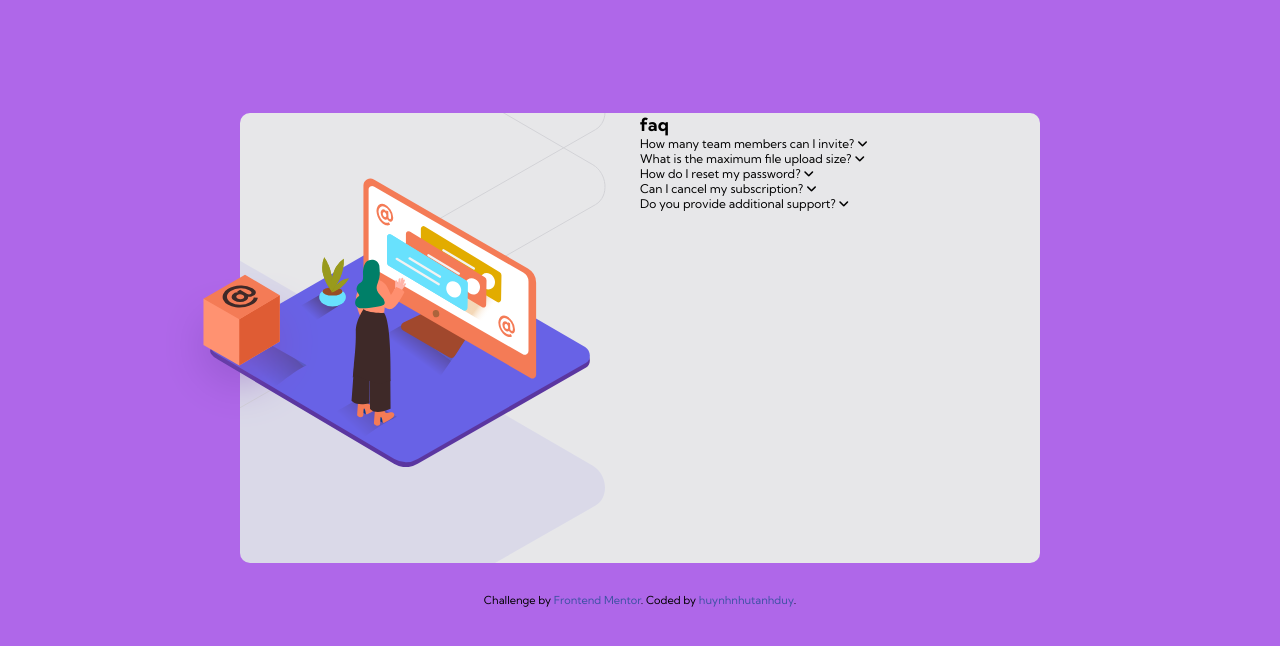
Repository: huynhnhutanhduy/faq-accordion-card
Page: index.html
An editor plug-in stored every save of this project. The page is shown before and after a run of saves, followed by the edit.
The browser window is 1280 px wide. The pictures show the whole page.

Above is the page before, as saved 2022-10-20 13:53:29.

After the next 2 saves:
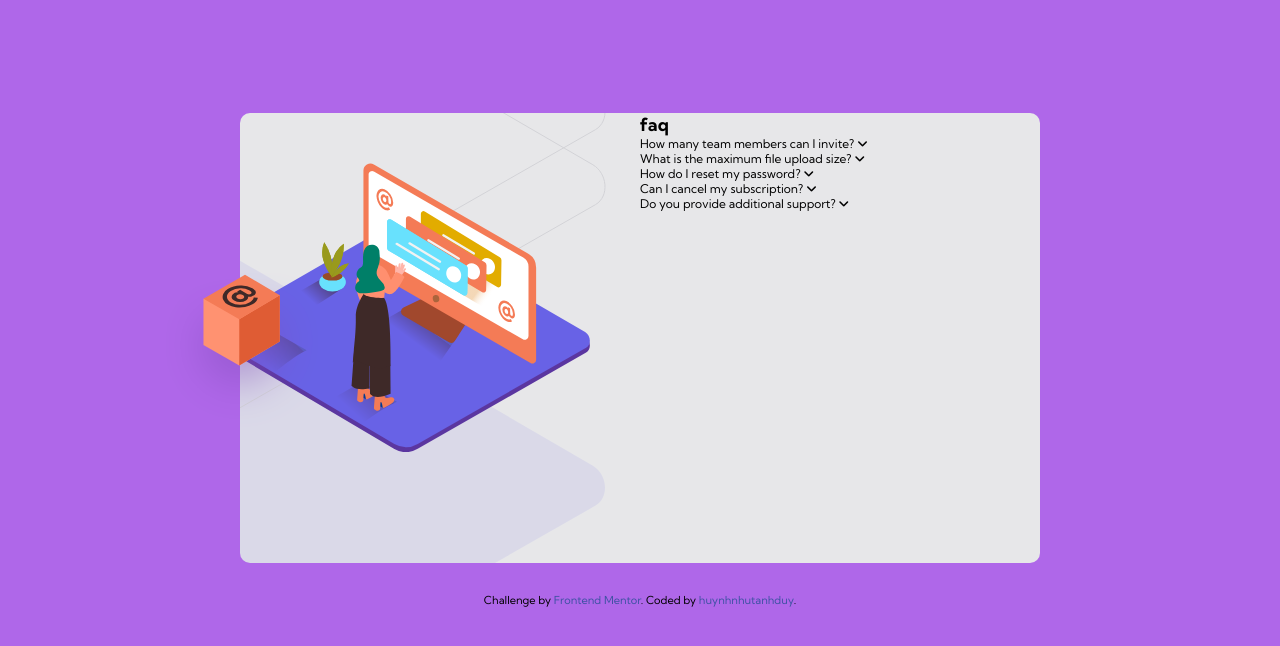
The 2 saves are shown as one change because they came seconds apart.
The last was saved 7 s later.
--- a/app.css
+++ b/app.css
@@ -67,7 +67,7 @@ img {
 .card-image {
   height: 50%;
   position: absolute;
-  top: 65px;
+  top: 50px;
   left: -30px;
 }
 .card-box {
